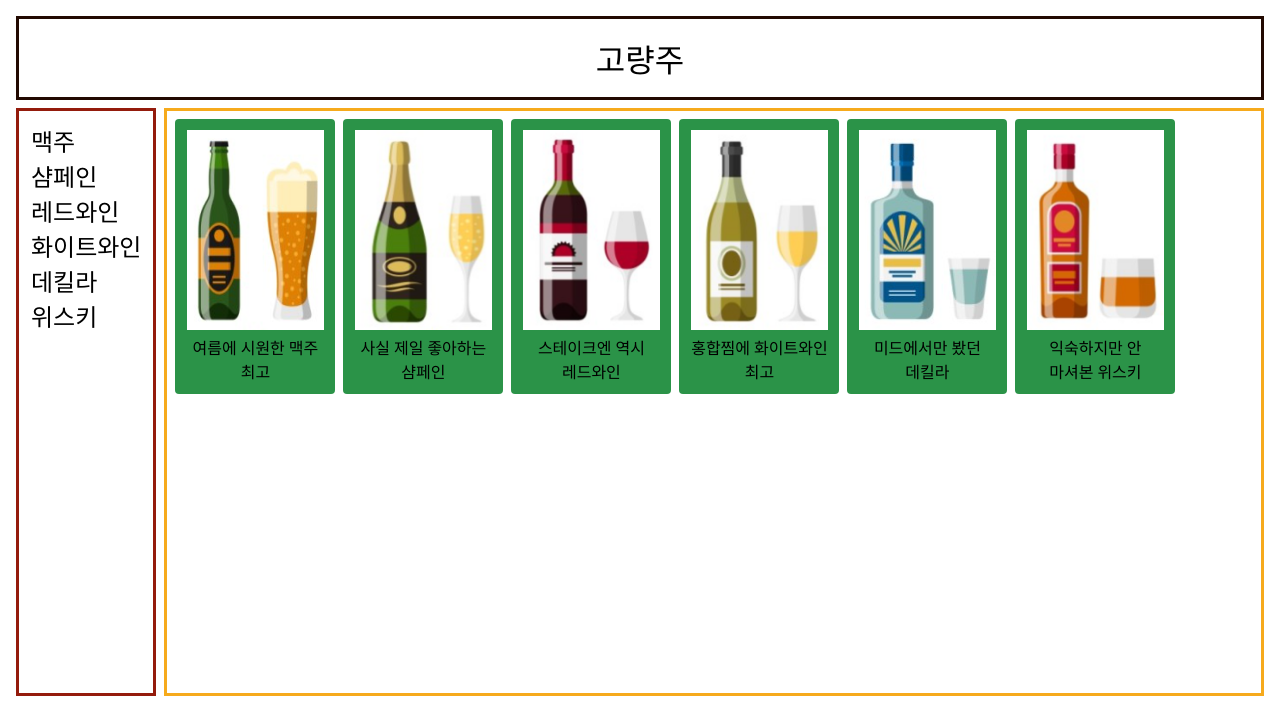
Repository: Jay-JYKim91/grj_2nd_week
Page: index.html
These files come from the project's save history. The page is drawn as it stood at one moment and after the next save; the edit follows.
The browser window is 1280 px wide. The pictures show the whole page.
Some web fonts or font styles are not loaded; a fallback is used.

Above is the page before, as saved 2022-05-04 08:36:03.

### index.html
<!DOCTYPE html>
<html lang="en">
<head>
    <meta charset="UTF-8">
    <meta http-equiv="X-UA-Compatible" content="IE=edge">
    <meta name="viewport" content="width=device-width, initial-scale=1.0">
    <title>고량주 2주차</title>
    <link rel="stylesheet" href="./styles.css">
</head>
<body>
    <header>
        <span>고량주</span>
    </header>
    <main>
        <aside>
            <span>맥주</span>
            <span>샴페인</span>
            <span>레드와인</span>
            <span>화이트와인</span>
            <span>데킬라</span>
            <span>위스키</span>
        </aside>
        <section class="cards">
            <div class="card">
                <img src="./images/beer.png" alt="beer">
                <span>여름에 시원한 맥주 최고</span>
            </div>
            <div class="card">
                <img src="./images/champagne.png" alt="champagne">
                <span>사실 제일 좋아하는 샴페인</span>
            </div>
            <div class="card">
                <img src="./images/red_wine.png" alt="red_wine">
                <span>스테이크엔 역시 레드와인</span>
            </div>
            <div class="card">
                <img src="./images/white_wine.png" alt="white_wine">
                <span>홍합찜에 화이트와인 최고</span>
            </div>
            <div class="card">
                <img src="./images/tequila.png" alt="tequila">
                <span>미드에서만 봤던 데킬라</span>
            </div>
            <div class="card">
                <img src="./images/whiskey.png" alt="whiskey">
                <span>익숙하지만 안 마셔본 위스키</span>
            </div>
        </section>
    </main>
</body>
</html>

### styles.css
@import url("https://fonts.googleapis.com/css2?family=Hahmlet:wght@400;500&display=swap");

* {
  box-sizing: border-box;
  font-family: "Hahmlet", serif;
}

html,
body {
  height: 100%;
  margin: 0;
}

body {
  padding: 1rem;
}

header {
  border: 3px solid #220901;
  padding: 0.5em;
  font-size: 2rem;
  text-align: center;
}

main {
  display: flex;
  margin: 0.5rem 0;
  gap: 0.5rem;
  height: calc(100% - 100px);
}

aside {
  display: flex;
  flex-direction: column;
  border: 3px solid #941b0c;
  padding: 0.5em;
  font-size: 1.5rem;
  min-width: max-content;
}

.cards {
  display: flex;
  flex-wrap: wrap;
  border: 3px solid #f6aa1c;
  padding: 0.5em;
  gap: 0.5em;
  overflow-y: scroll;
  width: 100%;
}

.card {
  display: flex;
  flex-direction: column;
  background-color: #2b9348;
  padding: 0.7em;
  text-align: center;
  word-break: keep-all;
  height: fit-content;
  border-radius: 4px;
  width: 10rem;
}

.card img {
  height: 200px;
  margin-bottom: 0.3em;
}

@media only screen and (max-width: 600px) {
  .card {
    background-color: #ffff3f;
  }
}

@media only screen and (min-width: 601px) and (max-width: 768px) {
  .card {
    background-color: #d4d700;
  }
}

@media only screen and (min-width: 769px) and (max-width: 992px) {
  .card {
    background-color: #80b918;
  }
}

After the next save:
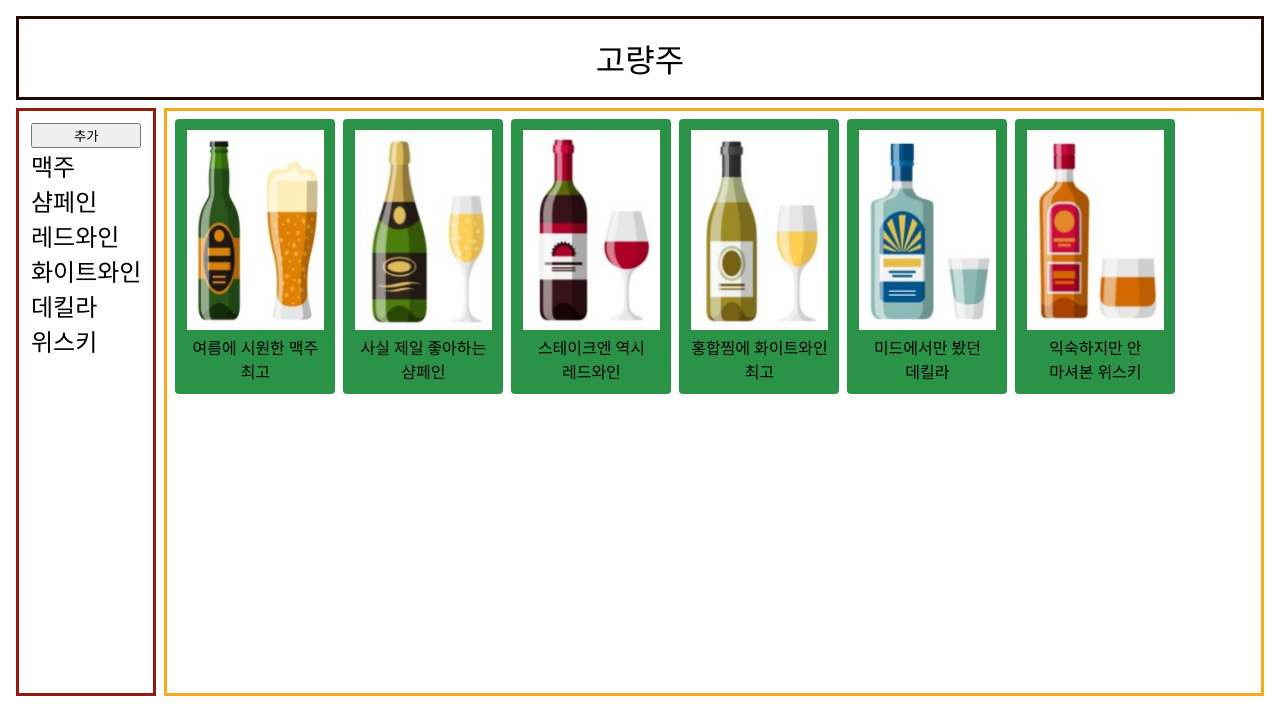
Saved 12 days later.
--- a/index.html
+++ b/index.html
@@ -13,6 +13,7 @@
     </header>
     <main>
         <aside>
+            <button id="addBtn">추가</button>
             <span>맥주</span>
             <span>샴페인</span>
             <span>레드와인</span>
